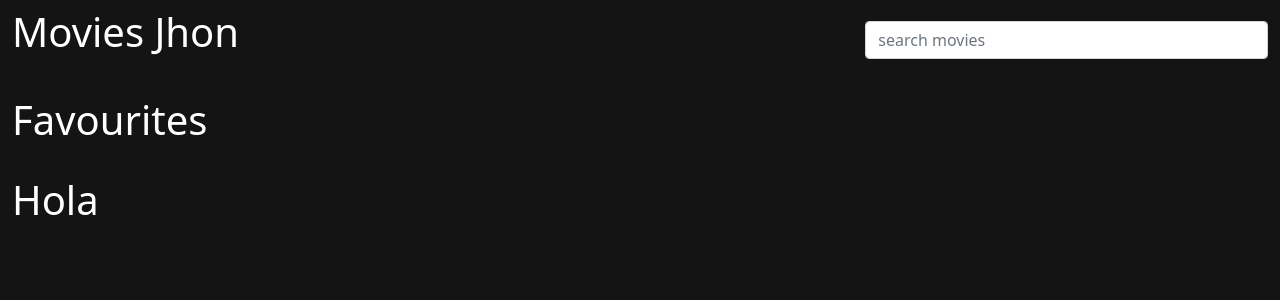
Repository: jhonenmanuel1/movies-get-info-fetch
Page: /
These files come from the project's save history. The page is drawn as it stood at one moment and after a run of saves; the edit follows.
The browser window is 1280 px wide. The pictures show the whole page.
The page's requests for data from a server got no answer. The project was rebuilt for these pictures with package versions that can differ from the ones it lists, and the page was loaded fresh each time. No one was signed in, and anything a server would have sent is missing. Also part of the build but not shown: src/components/AddFavorites.js.

Above is the page before, as saved 2022-06-20 17:06:00.

After the next 2 saves:
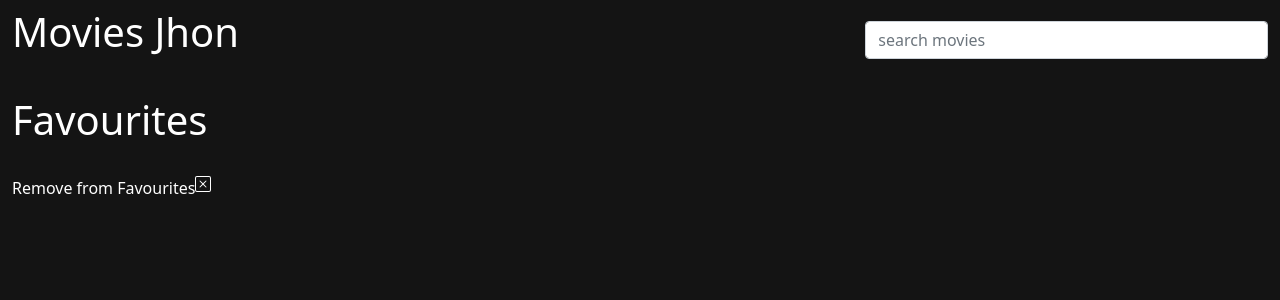
The 2 saves are shown as one change because they came seconds apart.
The last was saved 45 s later.
--- a/src/components/RemoveFavourites.js
+++ b/src/components/RemoveFavourites.js
@@ -1,9 +1,28 @@
 import React from "react";
+
+
 export default function RemoveFavourites(){
   return (
     <>
-      <h1>Hola</h1>
 
+      <span className="mr-2">Remove from Favourites</span>
+      <svg
+        width="1em"
+        height="1em"
+        viewBox="0 0 16 16"
+        class="bi bi-x-square"
+        fill="currentColor"
+        xmlns="http://www.w3.org/2000/svg"
+      >
+        <path
+          fill-rule="evenodd"
+          d="M14 1H2a1 1 0 0 0-1 1v12a1 1 0 0 0 1 1h12a1 1 0 0 0 1-1V2a1 1 0 0 0-1-1zM2 0a2 2 0 0 0-2 2v12a2 2 0 0 0 2 2h12a2 2 0 0 0 2-2V2a2 2 0 0 0-2-2H2z"
+        />
+        <path
+          fill-rule="evenodd"
+          d="M4.646 4.646a.5.5 0 0 1 .708 0L8 7.293l2.646-2.647a.5.5 0 0 1 .708.708L8.707 8l2.647 2.646a.5.5 0 0 1-.708.708L8 8.707l-2.646 2.647a.5.5 0 0 1-.708-.708L7.293 8 4.646 5.354a.5.5 0 0 1 0-.708z"
+        />
+      </svg>
     </>
   );
 };
